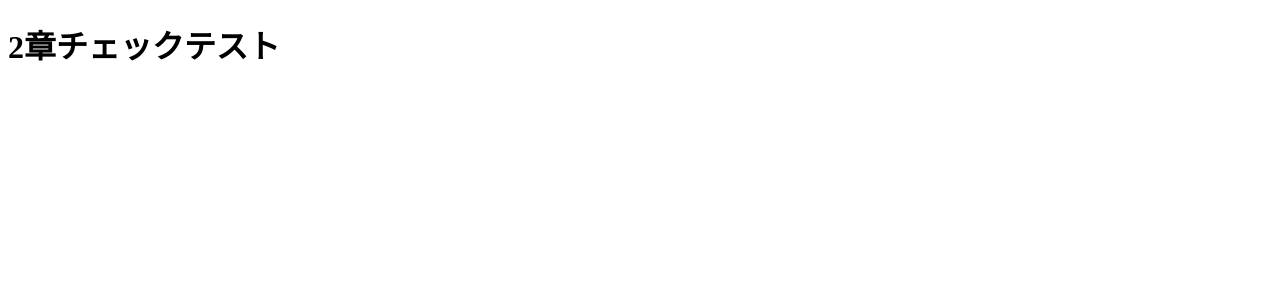
Repository: natuki-i/curriculum
Page: http://localhost/
An editor plug-in stored every save of this project. The page is shown before and after the next save, followed by the edit.
The browser window is 1280 px wide. The pictures show the whole page.
The page is run by PHP 8.4 with error messages shown; the project is at /var/www/html/.

Above is the page before, as saved 2022-12-31 20:08:40.

### PHPjob/3-4/index.php
<!DOCTYPE html>
<html lang="ja">

<head>
    <meta charset="UTF-8">
    <meta http-equiv="X-UA-Compatible" content="IE=edge">
    <meta name="viewport" content="width=device-width, initial-scale=1">
    <title></title>
    <link rel="stylesheet" href="css/style.css">
</head>

<body>
    <h1>2章チェックテスト</h1>
    <!--名前を入力してquestion.phpに移動するフォームを作成-->
</body>

</html>

### PHPjob/3-4/css/style.css
.header {
    width: 400px;
    height: 100px;
    background-color: #141f40;
    display: flex;
    align-items: center;
    justify-content: flex-end;
}

.h-boxs {
    width: 160px;
    height: 60px;
    margin-right: 20px;
    background-color: white;
    display: flex;
    align-items: center;
    justify-content: space-around;
}

.h-box {
    width: 40px;
    height: 40px;
    background-color: #a9004b;
}

.main {
    display: flex;
}

.left {
    width: 150px;
    height: 250px;
    background-color: #80bfa8;
}

.right {
    width: 250px;
    height: 250px;
    background-color: #8c2727;
    display: flex;
    align-items: center;
    justify-content: flex-start;
}

.mr-boxs {
    width: 150px;
    height: 170px;
    margin: 40px 60px 40px 40px;
    display: flex;
    align-items: center;
    flex-direction: column;
    justify-content: space-between;
}

.mr-box {
    width: 140px;
    height: 40px;
    background-color: #ff863f;
    border-width: 5px;
    border-style: solid;
    border-color: white;
}

.footer {
    width: 400px;
    height: 100px;
    background-color: #d98d30;
}

@media screen and (max-width: 479px) {
/* スマホ向けスタイル */

.header {
    width: 200px;
    height: 200px;
}

.h-boxs {
    width: 60px;
    height: 140px;
    margin: 0 70px;
    background-color: white;
    display: flex;
    align-items: center;
    flex-direction: column;
    justify-content: space-around;
}

.main {
    width: 200px;
    height: 300px;
    flex-direction: column;
}

.left {
    width: 200px;
    height: 100px;
}

.right {
    width: 200px;
    height: 210px;
}

.mr-boxs {
    margin: 20px 30px;
}

.footer {
    width: 200px;
    height: 100px;
}

}

After the next save:
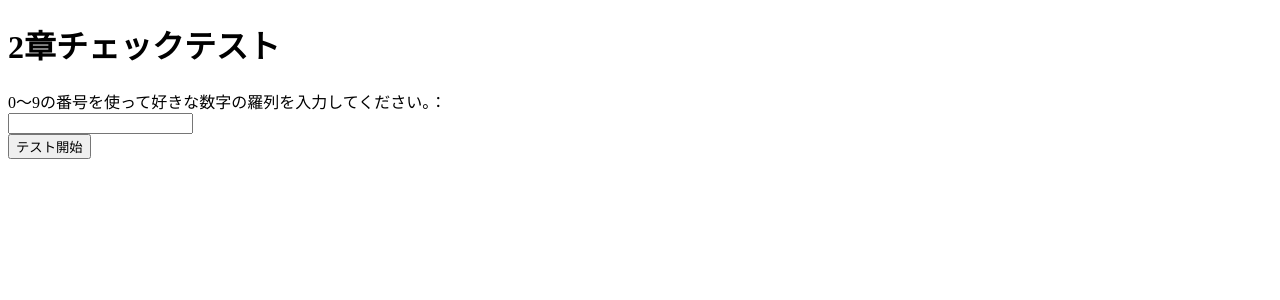
Saved 10 min 18 s later.
--- a/PHPjob/3-4/index.php
+++ b/PHPjob/3-4/index.php
@@ -12,6 +12,21 @@
 <body>
     <h1>2章チェックテスト</h1>
     <!--名前を入力してquestion.phpに移動するフォームを作成-->
+
+
+
+
+    <form action="question.php" method="post">
+    0〜9の番号を使って好きな数字の羅列を入力してください。：
+    <br>
+    <input type="text" name="st_name" />
+    <br>
+    <input type="submit" value="テスト開始" />
+</form>
+
+
+
+
 </body>
 
 </html>
